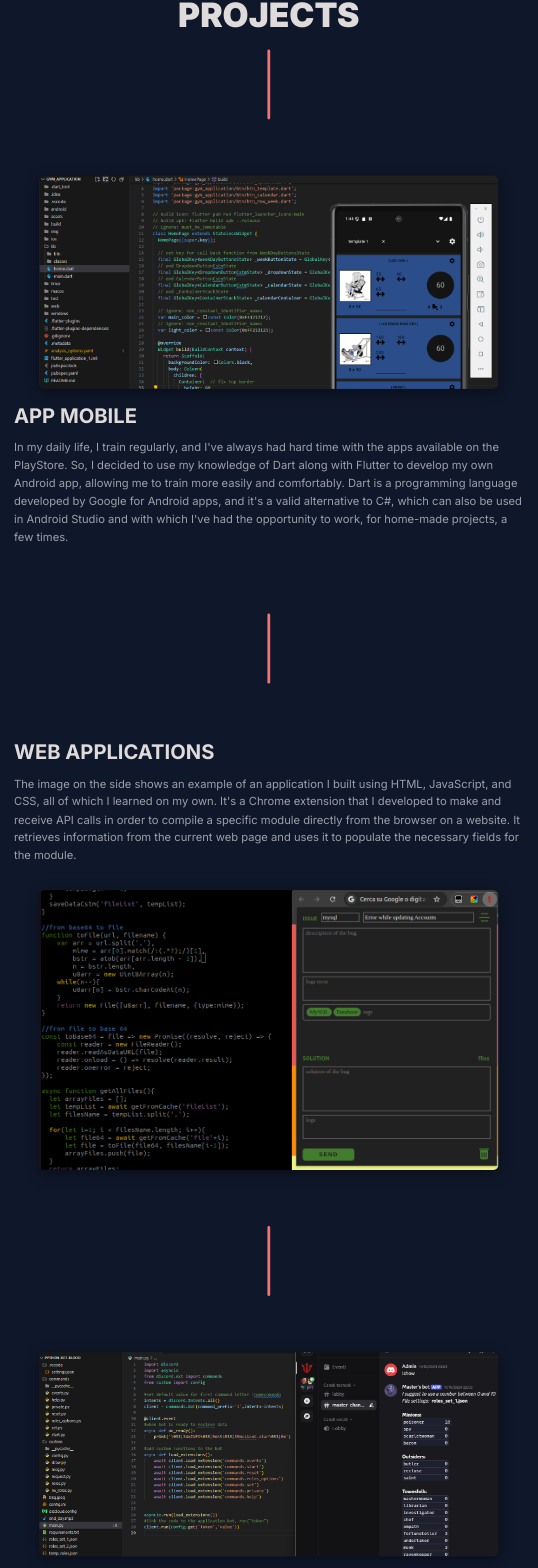
Repository: EnricoCalabrese/EnricoCalabrese.github.io
Page: index.html
The author's editor kept a copy of each file at every save. The page is drawn from the files as they stood at one save, then again after the next save.
The browser window is 768 px wide. The pictures show the part of the page from y = 1742 to 3982 px (the page is 6119 px tall), at 70% of full size.

Above is the page before, as saved 2025-07-26 09:28:39.

### index.html
<!DOCTYPE html>
<html lang="en">
<!DOCTYPE html>
<html lang="en">
<head>
  <meta charset="UTF-8" />
  <meta name="viewport" content="width=device-width, initial-scale=1.0" />
  <title>EC - Developer portfolio</title>
  <link href="https://fonts.googleapis.com/css2?family=Inter:wght@400;700;900&display=swap" rel="stylesheet">
  <style>
    * {
      box-sizing: border-box;
    }
    /* globals variables */
    :root {
      --color-bg: #0f172a;
      --color-bg-alt: #1e293b;
      --color-primary: #f87171;
      --color-white: #dfdbdb;
      --color-white-transparent: rgba(255, 255, 255, 0.158);
      --color-white-semi: rgba(255, 255, 255, 0.589);

      --font-family: 'Inter', sans-serif;

      --space-xs: 10px;
      --space-sm: 15px;
      --space-md: 20px;
      --space-lg: 60px;
      --space-xl: 80px;

      --font-lg: 1.8rem;
      --font-xl: 3rem;
      --font-xxl: 35px;

      --radius-sm: 6px;
      --radius-md: 8px;
      --radius-lg: 20px;
    }

    body {
      margin: 0;
      font-family: var(--font-family);
      background-color: var(--color-bg);
      color: var(--color-white);
      word-wrap: break-word;
    }

    header, section {
      padding: var(--space-lg) var(--space-md);
      max-width: 1200px;
      margin: auto;
    }

    nav {
      display: flex;
      justify-content: space-between;
      align-items: center;
      padding: var(--space-md);
    }

    nav a {
      color: var(--color-white);
      margin: 0 var(--space-sm);
      text-decoration: none;
    }

    .header {
      display: flex;
      flex-wrap: wrap;
      align-items: center;
      justify-content: space-between;
    }

    .header-text {
      max-width: 500px;
    }

    .header-text h1 {
      font-size: var(--font-xl);
      margin: 0;
    }

    .buttons {
      margin-top: var(--space-md);
    }

    .buttons button {
      margin-right: var(--space-sm);
      padding: var(--space-xs) var(--space-md);
      border: none;
      border-radius: var(--radius-sm);
      cursor: pointer;
      font-weight: bold;
    }

    .btn-primary {
      background-color: var(--color-primary);
      color: var(--color-white);
    }

    .btn-primary:hover {
      color: var(--color-bg);
    }

    .btn-secondary {
      background-color: transparent;
      border: 2px solid var(--color-primary) !important; /* don't rm !important */
      color: var(--color-white);
    }

    .btn-secondary:hover {
      color: var(--color-primary);
    }

    .page {
      display: none;
      position: fixed;
      z-index: 1000;
      left: 0;
      top: 0;
      width: 100%;
      height: 100%;
      overflow: auto;
      background-color: rgba(15, 23, 42, 0.9);
      font-family: var(--font-family);
    }

    .page-content {
      background-color: var(--color-bg-alt);
      margin: 10% auto;
      padding: var(--space-md);
      border-radius: var(--radius-lg);
      max-width: 400px;
      color: var(--color-white);
      box-shadow: 0 5px 20px rgba(0,0,0,0.6);
      text-align: center;
      position: relative;
    }

    .close-btn {
      color: var(--color-white);
      position: absolute;
      right: 15px;
      top: 10px;
      font-size: 28px;
      font-weight: bold;
      cursor: pointer;
    }

    .close-btn:hover {
      color: var(--color-primary);
    }

    .email-wrapper {
      margin-top: var(--space-md);
      display: flex;
      justify-content: center;
      gap: var(--space-xs);
    }

    .email-wrapper input {
      flex: 1;
      padding: var(--space-xs);
      border-radius: var(--radius-sm);
      border: none;
      background-color: var(--color-bg);
      color: var(--color-white);
      font-weight: bold;
      font-size: 1rem;
    }

    .email-wrapper button {
      background-color: var(--color-primary);
      border: none;
      border-radius: var(--radius-sm);
      color: var(--color-bg);
      cursor: pointer;
      font-weight: bold;
      padding: var(--space-xs) var(--space-md);
      transition: background-color 0.3s ease;
    }

    .email-wrapper button:hover {
      background-color: #ef4444;
    }

    .profile-img {
      width: 300px;
      border-radius: var(--radius-lg);
    }

    .skills-wrapper {
      position: relative;
      padding: var(--space-lg) 0;
      background-color: var(--color-bg);
      margin-top: -3.5rem;
    }

    .skills-wrapper::before {
      content: "";
      position: absolute;
      top: 50%;
      width: 100%;
      height: 60px;
      background-color: var(--color-bg-alt);
      transform: translateY(-50%);
      z-index: 0;
    }

    .skills {
      position: relative;
      z-index: 1;
      text-align: center;
    }

    .skills a {
      text-decoration: none;
      color: var(--color-white-transparent);
      background-color: var(--color-bg-alt);
      padding: var(--space-xs) 5%;
      display: inline-block;
      margin: var(--space-xs);
      cursor: pointer;
      transition: color 0.3s ease;
    }

    .skills a:hover, .shortcuts a:hover {
      color: var(--color-primary);
    }

    .about {
      display: flex;
      flex-wrap: wrap;
      justify-content: space-between;
      align-items: center;
      padding: 0 var(--space-md);
      background-color: var(--color-bg);
      margin-top: -1%;
    }

    .about-text {
      flex: 0 0 50%;
      max-width: 600px;
    }

    .stat {
      flex: 0 0 50%;
    }

    .stat-number {
      font-size: var(--font-lg);
      font-weight: 900;
      color: var(--color-white);
      display: flex;
      align-items: baseline;
    }

    .stat-number .plus {
      color: var(--color-primary);
      font-size: var(--font-xxl);
      font-weight: 700;
      line-height: 1;
      margin-top: -2%;
    }

    .stat-text {
      color: var(--color-white-semi);
      margin-top: 2px;
    }

    .projects-section {
      padding: var(--space-xl) var(--space-md);
      text-align: center;
      position: relative;
    }

    .projects-title {
      font-size: var(--font-xl);
      color: var(--color-white);
      margin-bottom: var(--space-md);
      font-weight: 900;
    }

    .vertical-divider {
      width: 4px;
      height: 100px;
      background-color: var(--color-primary);
      margin: 0 auto var(--space-xl);
      border-radius: 2px;
    }

    .project-block {
      display: flex;
      align-items: center;
      justify-content: center;
      margin: var(--space-xl) auto;
      max-width: 900px;
      gap: var(--space-md);
      flex-wrap: wrap;
      flex-direction: row;
    }

    .project-img {
      width: 300px;
      border-radius: var(--radius-md);
      box-shadow: 0 5px 20px rgba(0,0,0,0.4);
    }

    .project-description {
      max-width: 400px;
      text-align: left;
    }

    .project-description h3 {
      font-size: var(--font-lg);
      color: var(--color-white);
      margin: 0 0 var(--space-xs);
    }

    .project-description p {
      color: var(--color-white-semi);
      line-height: 1.6;
    }

    .simple-text {
      line-height: 1.3;
    }

    footer {
      text-align: center;
      padding: var(--space-md);
      background-color: var(--color-bg-alt);
    }

    #image-container {
      display: block;
      position: fixed;
      z-index: 1500;
      left: 0;
      top: 0;
      width: 100%;
      height: 100%;
      background-color: rgba(15, 23, 42, 0.95);
      display: flex;
      justify-content: center;
      align-items: center;
      cursor: zoom-out;
    }

    #image-container .page-content {
      background: none;
      box-shadow: none;
      max-width: 90%;
      max-height: 90%;
      padding: 0;
      position: relative;
      display: flex;
      justify-content: center;
      align-items: center;
    }

    #image-container img {
      max-width: 100%;
      max-height: 100%;
      border-radius: var(--radius-lg);
      pointer-events: none;
    }

    #ref {
      display: block;
      position: relative;
      top: -80px;
      visibility: hidden;
      height: 0;
      width: 0;
      overflow: hidden;
    }

    /* mobile settings */
    @media (max-width: 800px) {
      nav {
        flex-wrap: wrap;
        gap: var(--space-sm);
        justify-content: space-between;
      }

      .shortcuts {
        display: flex;
        flex-wrap: wrap;
        gap: var(--space-sm);
        justify-content: flex-end;
      }

      .header {
        flex-direction: column;
        align-items: center;
        text-align: center;
      }

      .header-text {
        max-width: 100%;
      }

      .buttons {
        display: flex;
        flex-direction: column;
        align-items: center;
      }

      .buttons button {
        margin-bottom: var(--space-xs);
        width: 80%;
      }

      .profile-img {
        width: 80%;
        margin-top: var(--space-md);
      }

      .about {
        flex-direction: column;
        align-items: flex-start;
        gap: var(--space-md);
      }

      .about-text, .stat {
        flex: 1 1 100%;
        max-width: 100%;
      }

      .project-block {
        flex-direction: column !important;
        text-align: center;
      }

      .project-description {
        max-width: 100%;
      }

      .project-img {
        width: 90%;
      }

      .email-wrapper {
        flex-direction: column;
        gap: var(--space-xs);
      }

      .email-wrapper input,
      .email-wrapper button {
        width: 100%;
      }

      .skills {
        position: relative;
        z-index: 1;
        text-align: center;
        font-size: 80%;
      }

      .skills a {
        text-decoration: none;
        color: var(--color-white-transparent);
        background-color: var(--color-bg-alt);
        padding: var(--space-xs) 0;
        display: inline-block;
        cursor: pointer;
        transition: color 0.3s ease;
      }
    }
  </style>
</head>
<body>
  <nav>
    <div><strong>Enrico Calabrese</strong></div>
    <div class="shortcuts">
      <a href="#about" class="scroll-link">About</a>
      <a href="https://www.linkedin.com/in/enrico-calabrese-4961b4376/">Linkedin</a>
    </div>
  </nav>

  <header class="header">
    <div class="header-text">
      <p>Hello,</p>
      <h1>I'm Enrico<br><strong>Software Developer</strong></h1>
      <div class="buttons">
        <button class="btn-primary" id="contacts">Contacts</button>
        <button class="btn-secondary" id="myresume">My resume</button>
      </div>
    </div>
    <img src="source/profile.jpg" alt="photo" class="profile-img" onerror="this.style.display='none'">
  </header>

  <div id="contact-page" class="page">
    <div class="page-content">
      <span class="close-btn">&times;</span>
      <h2>Contact Me</h2>
      <p>Email:</p>
      <div class="email-wrapper">
        <input type="text" id="email" readonly value="enricocalabrese21@gmail.com" />
        <button id="copy-email">Copy</button>
      </div>
      <p id="copy-message" style="color: var(--color-primary); display: none;">Copied to clipboard!</p>
    </div>
  </div>

  <div class="skills-wrapper">
    <div class="skills">
      <a href="#app" class="scroll-link">APPS</a>
      <a href="#web" class="scroll-link">WEB APPLICATIONS</a>
      <a href="#bots" class="scroll-link">BOTS</a>
      <a href="#robots" class="scroll-link">ROBOTICS</a>
      <a href="#mods" class="scroll-link">MODS</a>
    </div>
  </div>
  <span id="ref"></span>

  <section id="about" class="about">
    <div class="about-text">
      <h2>About me</h2>
      <p class="simple-text">
        I am a guy who's always curious and happy to learn new things.<br>
        I love IT and I enjoy to apply it on as many fields as possible: mechanics/robotics, biology, videogames and especially to automate processes that otherwise would be a waste of time.<br>
        The three key words for what makes a good program are: safety, efficiency and accessibility.
      </p>
      <div class="stat">
        <div class="stat-number"><span class="plus">+</span></div>
        <p class="stat-text">Years of Work Experience</p>
      </div>
    </div>
  </section>

  <section class="projects-section">
    <h2 class="projects-title">PROJECTS</h2>
    <div class="vertical-divider"></div>

    <div class="project-block">
      <img src="source/project1.png" alt="Project 1" class="project-img" onerror="this.style.display='none'">
      <div class="project-description" id="app">
        <h3>APP MOBILE</h3>
        <p>In my daily life, I train regularly, and I've always had hard time with the apps available on the PlayStore.
          So, I decided to use my knowledge of Dart along with Flutter to develop my own Android app, allowing me to train more easily and comfortably.
            Dart is a programming language developed by Google for Android apps, and it's a valid alternative to C#, which can also be used in Android Studio
            and with which I've had the opportunity to work, for home-made projects, a few times.</p>
      </div>
    </div>
    <div class="vertical-divider"></div>

    <div class="project-block">
      <div class="project-description" id="web">
        <h3>WEB APPLICATIONS</h3>
        <p>The image on the side shows an example of an application I built using HTML, JavaScript, and CSS, all of which I learned on my own.
          It's a Chrome extension that I developed to make and receive API calls in order to compile a specific module directly from the browser on a website.
          It retrieves information from the current web page and uses it to populate the necessary fields for the module.</p>
      </div>
      <img src="source/project2.png" alt="Project 2" class="project-img" onerror="this.style.display='none'">
    </div>
    <div class="vertical-divider"></div>

    <div class="project-block">
      <img src="source/project3.png" alt="Project 3" class="project-img" onerror="this.style.display='none'">
      <div class="project-description" id="bots">
        <h3>PYTHON-BASED BOTS</h3>
        <p>Python is one of the best and most versatile programming languages available today, and it's excellent for creating bots.
          The image on the side shows a Discord bot I created. Discord is a free communication app used to chat and hang out with your favorite creators, communities, and friends.
            The bot I made to allows users, through simple commands in the chat, to play the game "Blood on the Clocktower" with others in a voice channel.
            This game is a more complex version of the famous game Werewolf (Italian: Lupus in Fabula).
            Using Python, I also created a Telegram bot in order to remotely manage a machine that I set up as a hosting server.
        </p>
      </div>
    </div>
    <div class="vertical-divider"></div>

    <div class="project-block">
      <div class="project-description" id="robots">
        <h3>ROBOTICS & AUTOMATION</h3>
        <p>Since high school, I've always had an interest in automation, and I find it super fun to animate robots and apply computer science to something that can moves.
          A few years ago, I took on the challenge of building a drone from scratch and programming it in C++. I developed calculation functions which, thanks to the input from various sensors,
          were able to determine the necessary speed for each individual motor to stabilize the drone through the appropriate output signals.
        </p>
      </div>
      <img src="source/project4.png" alt="Project 4" class="project-img" onerror="this.style.display='none'">
    </div>
    <div class="vertical-divider"></div>

    <div class="project-block">
      <img src="source/project5.png" alt="Project 5" class="project-img" onerror="this.style.display='none'">
      <div class="project-description" id="mods">
        <h3>VIDEOGAMES MODS</h3>
        <p>Programming a video game mod is a great way to develop both technical and creative skills. It allows you to improve your coding abilities, and understand the architecture of complex systems.
            Modding combines passion and practice, which is why I started programming, first with Java and later with .mcfunction, to create mods and datapacks for the game Minecraft.
        </p>
      </div>
    </div>
  </section>

  <div id="image-container" class="page">
    <div class="page-content">
      <img id="zoomed-img" src="" alt="zoomed" />
    </div>
  </div>

  <footer>
  </footer>

  <script>
    // manage image zoom
    const zoomed = document.getElementById('image-container');
    document.querySelectorAll('.project-img').forEach(img => {
      img.addEventListener('click', () => {
        document.getElementById('zoomed-img').src = img.src;
        zoomed.style.display = 'flex';
      });
    });

    zoomed.addEventListener('click', (e) => { // on click out of the page
      if (e.target === zoomed) {
        zoomed.style.display = 'none';
      }
    });

    window.onload = () => {
      zoomed.style.display = 'none';
    };

    // manage new window contacts
    const page = document.getElementById('contact-page');
    const emailInput = document.getElementById('email');
    const copyMessage = document.getElementById('copy-message');

    document.getElementById('contacts').addEventListener('click', () => {
      page.style.display = 'block';
      copyMessage.style.display = 'none';
    });

    page.querySelector('.close-btn').addEventListener('click', () => {
      page.style.display = 'none';
    });

    window.addEventListener('click', (e) => { // on click out of the page
      if (e.target === page) {
        page.style.display = 'none';
      }
    });

    document.getElementById('copy-email').addEventListener('click', () => {
      emailInput.select();
      emailInput.setSelectionRange(0, 99999);
      try {
        // use document.execCommand for broader browser support in iFrames
        const successful = document.execCommand('copy');
        if (successful) {
          copyMessage.style.display = 'block';
          setTimeout(() => copyMessage.style.display = 'none', 2000);
        }
      } catch (err) {
        console.error('Failed to copy email: ', err);
      }
    });

    // auto scroll the page to the top when open
    window.onbeforeunload = function () {
      window.scrollTo(0, 0);
    };

    // scroll page on center when click a link, normal href set the page on top
    document.querySelectorAll('.scroll-link').forEach(link => {
      link.addEventListener('click', function(e) {
        e.preventDefault();
        const targetId = this.getAttribute('href').substring(1);
        const targetElem = document.getElementById(targetId);
        if (targetElem) {
          const elemRect = targetElem.getBoundingClientRect();
          const maxElemTop = window.pageYOffset + elemRect.top;
          const middle = maxElemTop - (window.innerHeight / 2) + (elemRect.height / 2);

          window.scrollTo({
            top: middle,
            behavior: 'smooth'
          });
        }
      });
    });

    // setup experience years based on current year
    const statNum = document.querySelector('.stat-number');
    if (statNum) {
      const startDate = new Date('2021-09-27');
      const now = new Date();
      const diffYears = (now - startDate) / (1000 * 60 * 60 * 24 * 365.25);
      const roundedYears = Math.floor(diffYears);
      statNum.innerHTML = `${roundedYears}<span class="plus">+</span>`;
    }

    // link to resume when click "my resume" button
    document.getElementById('myresume').addEventListener('click', function () {
      const link = document.createElement('a');
      link.href = 'source/resume.pdf';
      link.download = 'Enrico-Calabrese-Resume.pdf';
      document.body.appendChild(link);
      link.click();
      document.body.removeChild(link);
    });
  </script>
</body>
</html>

After the next save:
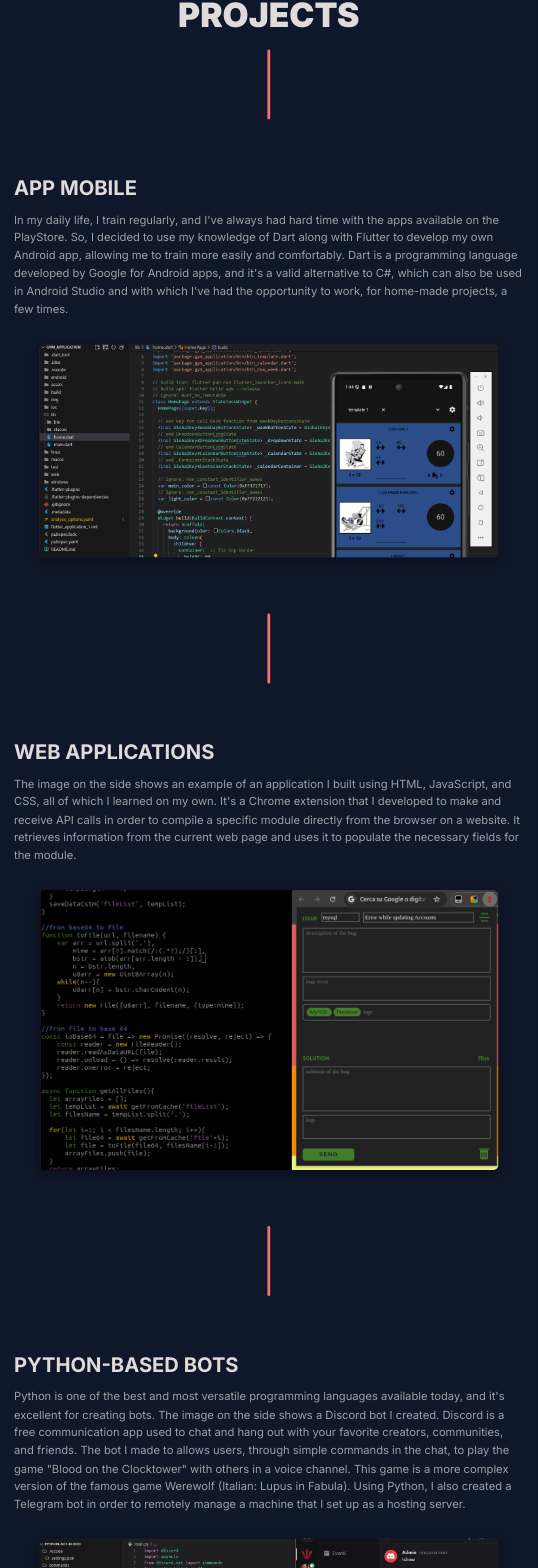
Saved 3 min 52 s later.
--- a/index.html
+++ b/index.html
@@ -435,10 +435,12 @@
 
       .project-description {
         max-width: 100%;
+        order: 1;
       }
 
       .project-img {
         width: 90%;
+        order: 2;
       }
 
       .email-wrapper {
